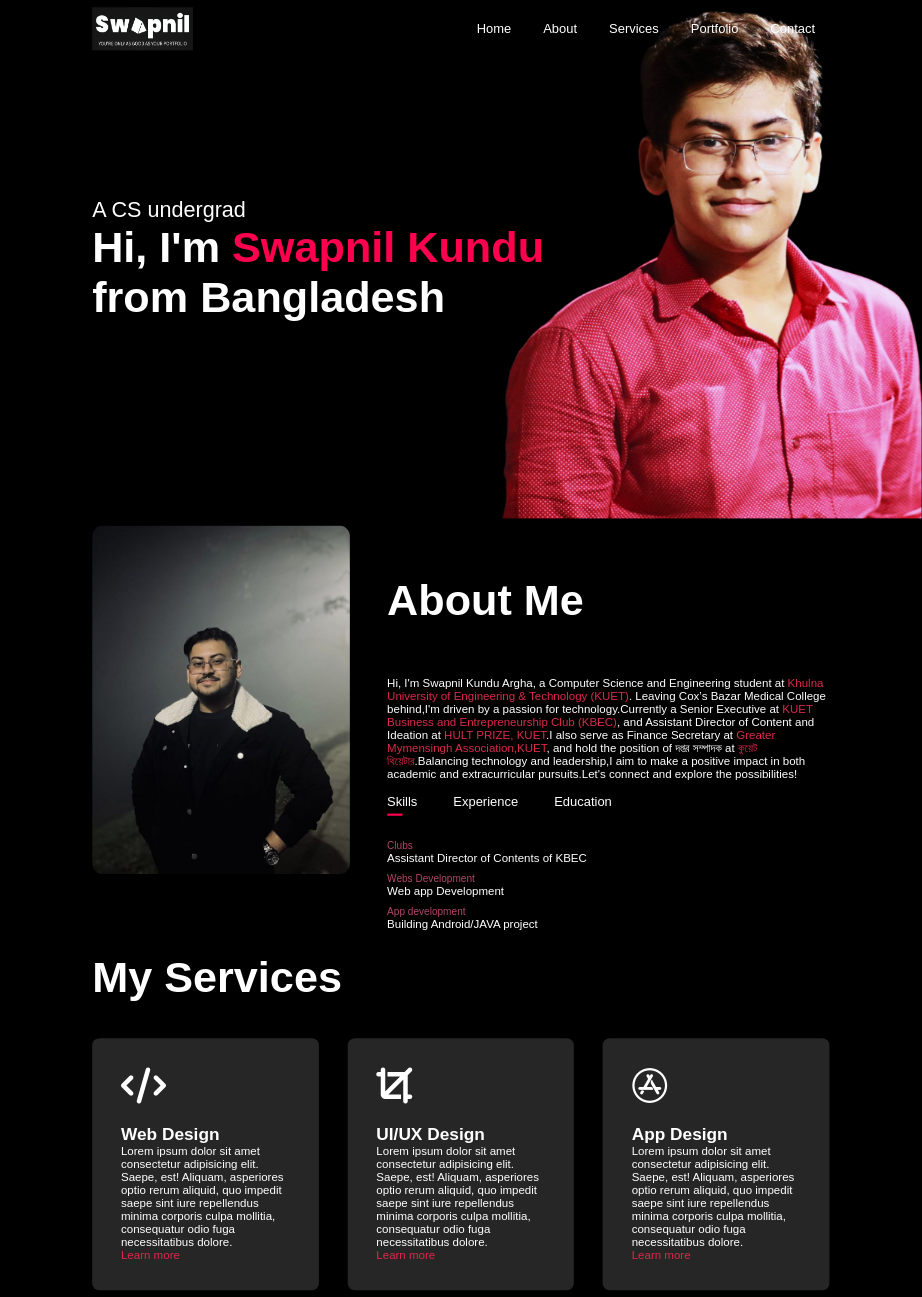
Repository: SwapnilKundu/portfolio
Page: index.html
These files come from the project's save history. The page is drawn as it stood at one moment and after a run of saves; the edit follows.
The browser window is 1280 px wide. The pictures show the whole page, at 72% of full size.
Some web libraries are served in a nearby version.

Above is the page before, as saved 2024-01-20 10:19:35.

### index.html
<!DOCTYPE html>
<html lang="en">
<head>
    <meta charset="UTF-8">
    <meta name="viewport" content="width=device-width, initial-scale=1.0">
    <title>Personal Portfolio Website</title>
    <link rel="stylesheet" href="style.css">
    <script src="https://kit.fontawesome.com/74456a4746.js" crossorigin="anonymous"></script>
</head>
<body>
  <div id="header">
    <div class="container">
        <nav>
            <img src="images/logo1.png" class="logo" width="40" height="60">
            <ul>
                <li><a href ="#">Home</a></li>
                <li><a href ="#">About</a></li>
                <li><a href ="#">Services</a></li>
                <li><a href ="#">Portfolio</a></li>
                <li><a href ="#">Contact</a></li>
            </ul>
        </nav>
        <div class="header-text">
            <p>A CS undergrad </p>
            <h1>Hi, I'm <span>Swapnil Kundu</span> <br> from Bangladesh</h1>
        </div>
    </div>
  </div>
  <div id="about">
    <div class="container">
        <div class="row">
            <div class="about-col-1">
                <img src="images/Aboutme4.jpg" alt="Profile Image">
            </div>
            <div class="about-col-2">
                <h1 class="sub-title"><br>About Me</h1>
                <p>
                    <br><br><br><br>Hi, I'm Swapnil Kundu Argha, a Computer Science and Engineering student at <a href="http://www.kuet.ac.bd/" target="_blank">Khulna University of Engineering & Technology (KUET)</a>. Leaving Cox’s Bazar Medical College behind,I'm driven by a passion for technology.Currently a Senior Executive at <a href="https://www.facebook.com/KBEC.official">KUET Business and Entrepreneurship Club (KBEC)</a>, and Assistant Director of Content and Ideation at <a href="https://scontent.fjsr8-1.fna.fbcdn.net/v/t39.30808-6/414475463_878653704262850_605489790676270348_n.jpg?_nc_cat=106&ccb=1-7&_nc_sid=dd5e9f&_nc_eui2=AeG7qaCzWQGluZMTMKWtrD6ipcnI0dawWuilycjR1rBa6PLkHzdtJERiOyrmRQaxy3TT_q5vz9qIQ5m4l8xfiGP6&_nc_ohc=qg8Pu4EAUVYAX9avaA_&_nc_ht=scontent.fjsr8-1.fna&oh=00_AfBZ6Lqa5248mqS64WxhR3KxGRhN1UCrqkgUgA0V5dsZlw&oe=65AF45DF">HULT PRIZE, KUET</a>.I also serve as Finance Secretary at <a href="#link-to-GMA">Greater Mymensingh Association,KUET</a>, and hold the position of দপ্তর সম্পাদক at <a href="#link-to-theater">কুয়েট থিয়েটার</a>.Balancing technology and leadership,I aim to make a positive impact in both academic and extracurricular pursuits.Let's connect and explore the possibilities!
                </p>

                <div class="tab-titles">
                    <p class="tab-links active" onclick="opentab('skills')">Skills</p>
                    <p class="tab-links" onclick="opentab('experience')">Experience</p>
                    <p class="tab-links"onclick="opentab('education')">Education</p>
            </div>
            <div class="tab-contents active-tab"id ="skills">
                <ul>
                    <li><span>Clubs</span><br>Assistant Director of Contents of KBEC</li>
                    <li><span>Webs Development</span><br>Web app Development</li>
                    <li><span>App development</span><br>Building Android/JAVA project</li>
                </ul>
            </div>
            <div class="tab-contents" id ="experience">
                <ul>
                    <li><span>2022-Current</span><br>An Active member of KBEC</li>
                    <li><span>2023-Semester 2.2</span><br>App Development by JAVA</li>
                    <li><span>2024-Semester 3.1</span><br>Web Development by HTML,CSS,JAVA</li>
                    <li><span>2022-Current</span><br>An Active member of KBEC</li>

                </ul>
            </div>

            <div class="tab-contents" id ="education">
                <ul>
                    <li><span>2018</span><br>SSC from Mymensingh Zilla School,Mymensingh</li>
                        <li><span>2020</span><br>HSC from Ananda Mohan College,Mymensingh</li>
                        <li><span>From March,2022</span><br>Currently studying BSc in CSE department</li>
                </ul>
            </div>
        </div>
    </div>
  </div>

  <div id="Services">
    <div class ="container">
    <h1 class="sub-title">My Services</h1>
    <div class ="services-list">

        <div>
            <i class="fa-solid fa-code"></i>
            <h2>
                Web Design
            </h2>
            <p>Lorem ipsum dolor sit amet consectetur adipisicing elit. Saepe, est! Aliquam, asperiores optio rerum aliquid, quo impedit saepe sint iure repellendus minima corporis culpa mollitia, consequatur odio fuga necessitatibus dolore.

            </p>
            <a href="#">Learn more</a>
        </div>
        <div>
            <i class="fa-solid fa-crop"></i>
            <h2>
                UI/UX Design
            </h2>
            <p>Lorem ipsum dolor sit amet consectetur adipisicing elit. Saepe, est! Aliquam, asperiores optio rerum aliquid, quo impedit saepe sint iure repellendus minima corporis culpa mollitia, consequatur odio fuga necessitatibus dolore.

            </p>
            <a href="#">Learn more</a>
        </div>
        <div>
            <i class="fa-brands fa-app-store"></i>
            <h2>

                App Design
            </h2>
            <p>Lorem ipsum dolor sit amet consectetur adipisicing elit. Saepe, est! Aliquam, asperiores optio rerum aliquid, quo impedit saepe sint iure repellendus minima corporis culpa mollitia, consequatur odio fuga necessitatibus dolore.

            </p>
            <a href="#">Learn more</a>
        </div>
        </div>
    </div>
  </div>
  <script>
    var tablinks = document.querySelectorAll(".tab-links");
    var tabcontents = document.querySelectorAll(".tab-contents");

    function opentab(tabname) {
        for (tablink of tablinks) {
            tablink.classList.remove("active-link");
        }

        for (tabcontent of tabcontents) {
            tabcontent.classList.remove("active-tab");
        }

        var activeTab = document.getElementById(tabname);
        activeTab.classList.add("active-tab");

        var activeLink = document.querySelector(`.tab-links[data-tab="${tabname}"]`);
        activeLink.classList.add("active-link");
    }
</script>

</body>
</html>

### style.css
*
{
    margin: 0;
    padding: 0;
    font-family: 'Poppins',sans-serif;
    box-sizing: border-box;
}

body
{
    background: #000;
    color: #fff;
}
#header
{
    width: 100%;
    height: 100vh;
    background-image: url(images/ccc2.png);
    background-size: cover;
    background-position: left;
    background-repeat: no-repeat;
    overflow: hidden;
}
.container
{
padding: 10px 10%;
}
nav{
    display: flex;
    align-items: center;
    justify-content: space-between;
    flex-wrap: wrap;
}
.logo{
    width: 140px;
}

nav ul li{
    display:inline-block;
    list-style: none;
    margin: 10px 20px;

}
nav ul li a{
    color: #fff;
    text-decoration:none ;
    font-size: 18px;
    position: relative;
}

nav ul li a::after
{
    content: '';
    width:0;
    height:3px;
    background:#ff004f;
    position: absolute;
    left: 0;
    bottom: -6px;
    transition: 0.5s;

}
nav ul li a:hover::after
{
    width:100%;
}
.header-text{
    margin-top: 20%;
    font-size: 30px;
}
.header-text h1
{
    font-size:60px;
}
.header-text h1 span
{
    color:#ff004f;
}

#about a {
    color: #db2a4a;
    text-decoration: none;
}

#about a:hover {
    color: #ababab;
}
.row
{
    display: flex;
    justify-content: space-between;
    flex-wrap: wrap;
}

.about-col-1{
    flex-basis:35%;
}
.about-col-1 img
{
    width: 100%;
    border-radius: 15px;
}

.about-col-2
{
    flex-basis: 60%;
}

.sub-title
{
    font-size:60px;
    font-weight:600;
    color:#fff;
}

.tab-titles {
    display: flex;
    margin: 20px 0 40px;
}

.tab-links {
    margin-right: 50px;
    font-size: 18px;
    font-weight: 500;
    cursor: pointer;
    position: relative;
    color: #fff;
    text-decoration: none;
    transition: color 0.5s;
}

.tab-links::after {
    content: '';
    width: 0;
    height: 3px;
    background: #ff004f;
    position: absolute;
    left: 0;
    bottom: -8px;
    transition: 0.5s;
}

.tab-links:hover {
    color: #ff004f; /* Change the color on hover */
}

.tab-links.active::after {
    width: 50%;
}
.tab-contents ul li
{
    list-style:none;
    margin:10px 0;
}
.tab-contents ul li span
{
    color:#b54769;
    font-size: 14px;
}
.tab-contents
{
    display: none;
}
.tab-contents.active-tab
{
    display: block;
}




#services-list
{

    padding :30px 0;
}
.services-list
{
    display:grid;
    grid-template-columns: repeat(auto-fit,minmax(250px, 1fr));
    grid-gap:40px;
    margin-top: 50px;
}
.services-list div{
    background:#262626;
    padding: 40px;
    font: size 13px;
    font-weight: 300;
    border-radius:10px;
}
.services-list div i
{
    font-size: 50px;
    margin-bottom: 30px;
}
.services-list div h2

After the next 10 saves:
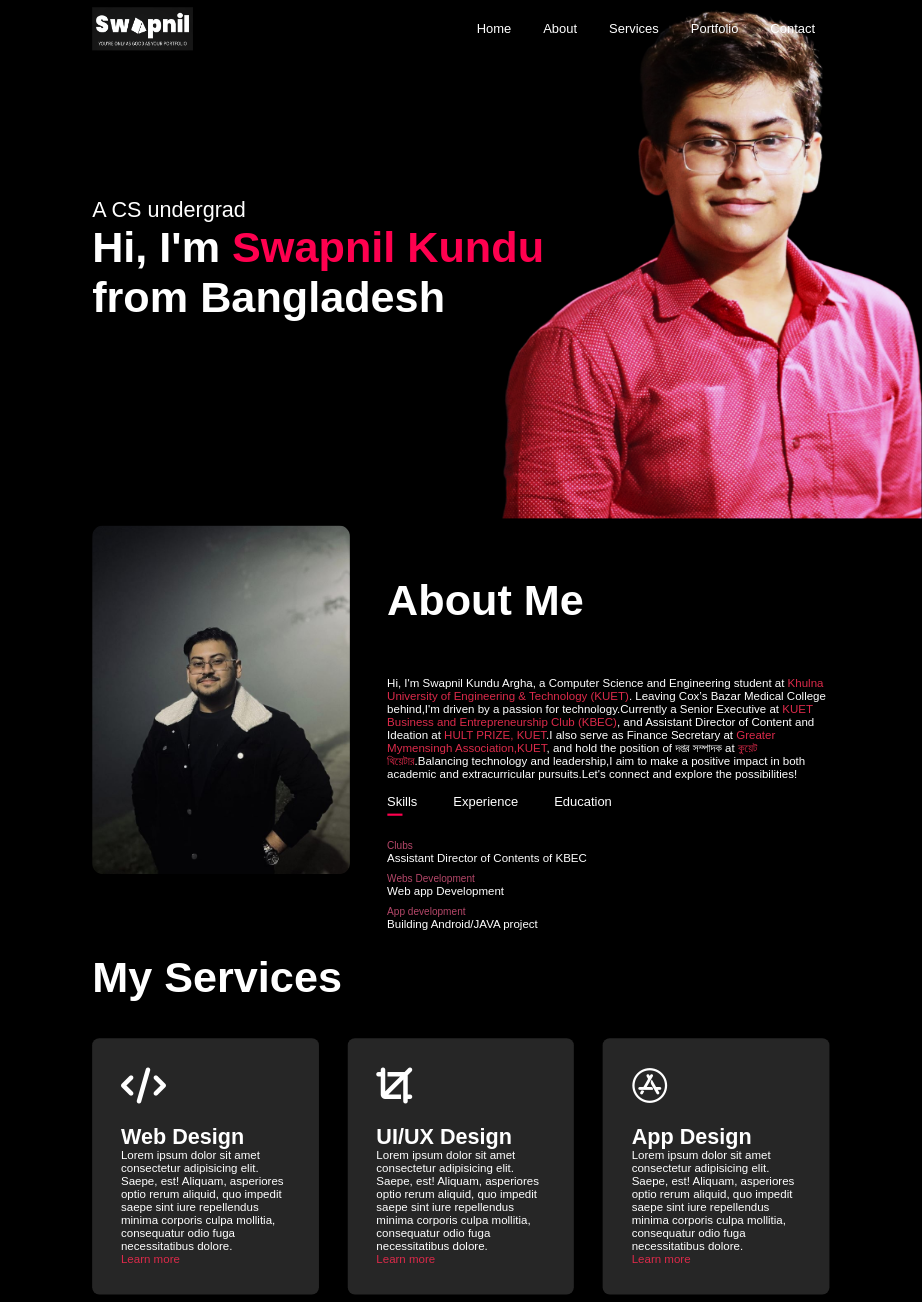
The 10 saves are shown as one change because they came seconds apart.
The last was saved 24 s later.
--- a/style.css
+++ b/style.css
@@ -194,3 +194,7 @@ nav ul li a:hover::after
     margin-bottom: 30px;
 }
 .services-list div h2
+{
+    font-size:  30px;
+
+}
